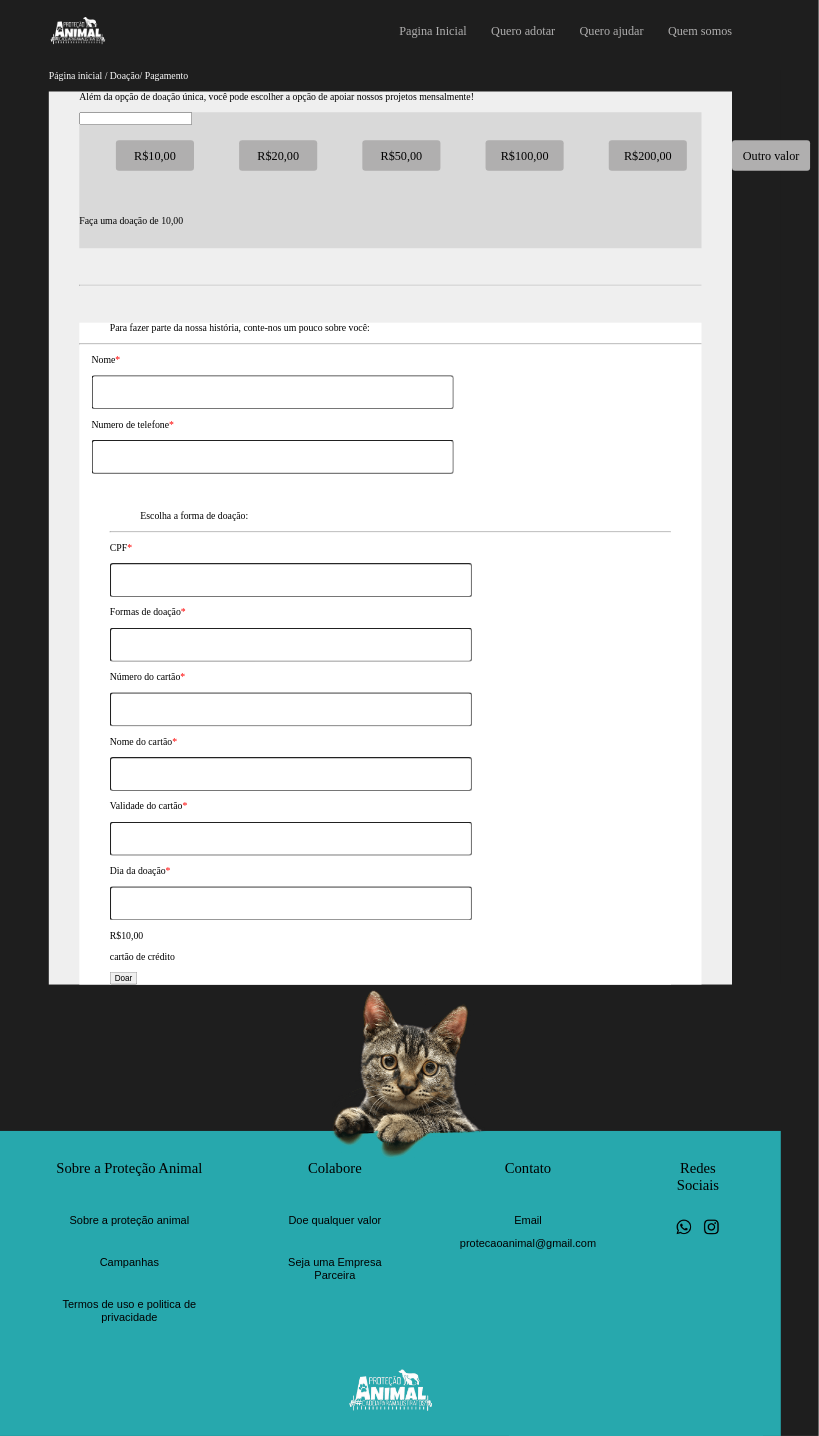
Repository: edjunior-nascimento/protecao-animal-web
Page: src/pages/formulario-doacao/index.html
These files come from the project's save history. The page is drawn as it stood at one moment and after the next save; the edit follows.
The browser window is 1280 px wide. The page is 1342 px wide, so the pictures cover 1342 px, including what lies to the right of the window. The pictures show the whole page, at 61% of full size.

Above is the page before, as saved 2025-03-07 03:43:57.

### src/pages/formulario-doacao/index.html
<!DOCTYPE html>
<html lang="pt">

<head>
    <meta charset="UTF-8">
    <meta name="viewport" content="width=device-width, initial-scale=1.0">
    <title>Proteção Animal</title>
    <link rel="preconnect" href="https://fonts.googleapis.com" />
    <link rel="preconnect" href="https://fonts.gstatic.com" crossorigin />
    <meta name="viewport" content="width=device-width, initial-scale=1.0" />
    <link rel="stylesheet" href="./style.css" />
    <link>
</head>

<body>
    <header>
        <div><img class="logo" src="/src/pages/images/logo.png" alt="logo Protecao animal" /></div>
        <nav>
            <ul>
                <li>
                    <a href="#">
                        <p>Pagina Inicial</p>
                    </a>
                </li>
                <li>
                    <a href="#">
                        <p>Quero adotar</p>
                    </a>
                </li>
                <li>
                    <a href="#">
                        <p>Quero ajudar</p>
                    </a>
                </li>
                <li>
                    <a href="#">
                        <p>Quem somos</p>
                    </a>
                </li>
            </ul>
        </nav>
    </header>
    <main>
        <div class="title">
            <p>Página inicial / Doação/ Pagamento</p>
        </div>
        <div class="container">
            <div class="sub-title">
                <p>Além da opção de doação única, você pode escolher a opção de apoiar nossos projetos mensalmente!
                </p>
            </div>
            <div class="valor">
                <div class="cota">
                    <input type="text">
                </div>
                <nav class="cota-inicial">
                    <ul>
                        <li>
                            <a href="#">R$10,00</a>
                        </li>
                        <li>
                            <a href="#">R$20,00</a>
                        </li>
                        <li>
                            <a href="#">R$50,00</a>
                        </li>
                        <li>
                            <a href="#">R$100,00</a>
                        </li>
                        <li>
                            <a href="#">R$200,00</a>
                        </li>
                        <li>
                            <a href="#">Outro valor</a>
                        </li>
                    </ul>
                </nav>
                <div class="res"><span>Faça uma doação de 10,00</span>
                </div>
            </div>
            <hr class="pri-line">
            <div class="card">
                <div class="sub-title">
                    <p>Para fazer parte da nossa história, conte-nos um pouco sobre você:</p>
                </div>
                <hr>
                <div class="dados">
                    <form action="/send" method="post" target="_blank">
                        <label>
                            <p>Nome<span class="ast">*</span></p>
                            <input type="text" name="nome" id="nome" class="cadastro">
                        </label>
                        <label>
                            <p>Numero de telefone<span class="ast">*</span></p>
                            <input type="text" name="telefone" id="telefone" class="cadastro">
                        </label>
                    </form>
                </div>
                <div class="card">
                    <div class="sub-title">
                        <p>Escolha a forma de doação:</p>
                    </div>
                    <hr>
                    <form action="/send" method="post" target="_blank">
                        <label>
                            <p>CPF<span class="ast">*</span></p>
                            <input type="number" name="cpf" id="cpf" class="cadastro">
                        </label>
                        <label>
                            <p>Formas de doação<span class="ast">*</span></p>
                            <input type="text" name="forme-doacao" id="forme-doacao" class="cadastro"></p>
                        </label>
                        <label>
                            <p>Número do cartão<span class="ast">*</span></p>
                            <input type="number" name="cartao" id="cartao" class="cadastro">
                        </label>
                        <label>
                            <p>Nome do cartão<span class="ast">*</span></p>
                            <input type="text" name="nome-cartao" id="nome-cartao" class="cadastro">
                        </label>
                        <label>
                            <p>Validade do cartão<span class="ast">*</span></p>
                            <input type="text" name="" id="cartao" class="cadastro">
                        </label>
                        <label>
                            <p>Dia da doação<span class="ast">*</span></p>
                            <input type="number" name="data" id="data" class="cadastro">
                        </label>
                    </form>
                    <div class="resultado">
                        <div class="retorno">
                            <div class="res/doacao">
                                <p>R$10,00</p>
                            </div>
                            <div class="forma/pagamento">
                                <p>cartão de crédito</p>
                            </div>
                        </div>
                        <button>Doar</button>
                    </div>
                </div>
            </div>
        </div>
    </main>
    <div class="gato"><img src="/src/pages/images/gato.png" alt=""></div>
    <footer>
        <div class="footer-container">
            <div class="footer-primary">
                <div class="footer-section-1">
                    <div>
                        <h4>Sobre a Proteção Animal</h4>
                    </div>
                    <div>
                        <p><a href="">Sobre a proteção animal</a></p>
                    </div>
                    <div>
                        <p><a href="">Campanhas</a></p>
                    </div>
                    <div>
                        <p><a href="">Termos de uso e politica de privacidade</a></p>
                    </div>
                </div>
                <div class="footer-section-2">
                    <div>
                        <h4>Colabore</h4>
                    </div>
                    <div>
                        <p><a href="">Doe qualquer valor</a></p>
                    </div>
                    <div>
                        <p><a href="">Seja uma Empresa Parceira</a></p>
                    </div>
                </div>
                <div class="footer-section-3">
                    <div>
                        <h4>Contato</h4>
                    </div>
                    <div>
                        <p>Email</p>
                        <p><a href="mailto:protecaoanimal@gmail.com">protecaoanimal@gmail.com</a></p>
                    </div>
                </div>
                <div class="footer-section-4">
                    <div>
                        <h4>Redes Sociais</h4>
                    </div>
                    <div class="social-icons">
                        <div>
                            <a href=""><img src="/src/pages/images/whatsAppIcon.png" alt="" /></a>
                        </div>
                        <div>
                            <a href=""><img src="/src/pages/images/instagramIcon.png" alt="" /></a>
                        </div>
                    </div>
                </div>
            </div>
        </div>
        <div class="footer-secondary">
            <img src="/src/pages/images/logo.png" alt="" />
        </div>
    </footer>
</body>

</html>

### src/pages/formulario-doacao/style.css
:root {
    --main-bg-color: #1e1e1e;
    --title-color: #27a8ad;
    --subtitle-color: #ffffff;
    --box-color: #ffffff;
    --link-nav-color: #ffffff;
    --card-title-color: #27a8ad;
    --footer-background: #27a8ad;
    --footer-font-color: #000000;
    --maim-color: #EFEFEF;
    --card-nav-color:#D9D9D9;
    --nav-valor:#B0AFAF;
    --asterisco-color: red;
  }
  body {
    height: max-content;
    font-family: "Jockey One", serif;
    font-style: normal;
    margin: 0px;
    padding: 0px;
    background-color: var(--main-bg-color);
  }

  a {
    text-decoration: none;
  }

  header {
    height: 100px;
    display: flex;
    flex-direction: row;
    justify-content: space-between;
    padding-inline: 80px
  }
  header div {
    display: flex;
    align-items: center;
  }
  .logo {
    height: 95px;
    width: auto;
  }
  nav {
    width: auto;
    height: 100px;
    display: flex;
    align-items: center;
  }
  nav ul {
    list-style-type: none;
    display: flex;
    gap: 40px;
  }
  nav ul li a {
    color: var(--nav-valor);
    font-size: 20px;
    background-color: var(--card-nav-color);
  }


main {
  background-color:var(--main-bg-color) ;
  padding-left: 80px;
  padding-right: 80px;
}
  .sub-title {
    margin-left: 50px;
  }
.cota-inicial a {
  color: var(--footer-font-color);
  width: 128px;
  height: 50px;
  display: inline-block;
  text-align: center;
  line-height: 50px;
  background-color: var(--nav-valor);
  margin-left: 20px;
  border-radius: 5px;
}
.cota-inicial li {
  height: 50px;
  width: 162px;
}
.cota-inicial li :hover {
  background-color: var(--footer-background);
  color: var(--box-color);
}
.res {
  margin-top: 48px;
  padding-bottom: 36px;
}
  .pri-line {
    margin-top: 60px;
    margin-left: 50px;
    margin-right: 50px;
  }
  .card {
    margin-top: 60px;
    margin-left: 50px;
    margin-right: 50px;
  }
  .ast {
    color: var(--asterisco-color);
  }
.container {
  background-color: var(--maim-color);
}
.title {
  color: var(--subtitle-color);
}
.valor {
  margin-left: 50px;
  margin-right: 50px;
  background-color: var(--card-nav-color);
}
.valor nav {
  width: 100%;
}
.card {
  background-color: var(--box-color);
}
.dados {
  margin-left: 20px;
}
.cadastro {
  width: 586px;
  height: 50px;
  border-radius: 5px;
}
.card {
  margin-top: 60px;
}

  .gato {
    margin-left: 42%;
    margin-bottom: -25px;
    height: 265px;
    max-width: auto;}

  footer {
    height: 500px;
    max-height: auto;
    background-color: var(--footer-background);
    padding-inline: 80px;
  }

  .footer-container {
      width: auto;
      height: 70%;
      display: flex;
      align-items: center;
      justify-content: center;
  }

  .footer-primary {
    display: flex;
    flex-direction: row;
    gap: 111px;
    align-items: flex-start;
    justify-content: center;
  }

  .footer-primary p a {
      color: var(--footer-font-color);
      font-family: "Arial", sans-serif;
  }

  .footer-primary h4 {
    font-size: 24px;
    font-weight: 400;
  }

  .footer-primary p {
      font-size: 18px;
      font-weight: 400;
      font-family: "Arial", sans-serif;
  }

  .footer-secondary {
    width: auto;
    height: 30%;
    display: flex;
    align-items: center;
    justify-content: center;
  }

  .footer-secondary img {
      height: 145px;
      width: auto
  }

  .footer-section-1, .footer-section-2, .footer-section-3, .footer-section-4 {
      display: flex;
      flex-direction: column;
      text-align: center;
      gap: 12px;
  }

  .footer-section-4 {
      align-items: center;
  }

  .social-icons {
      display: flex;
      flex-direction: row;
      gap: 20px;
  }

After the next save:
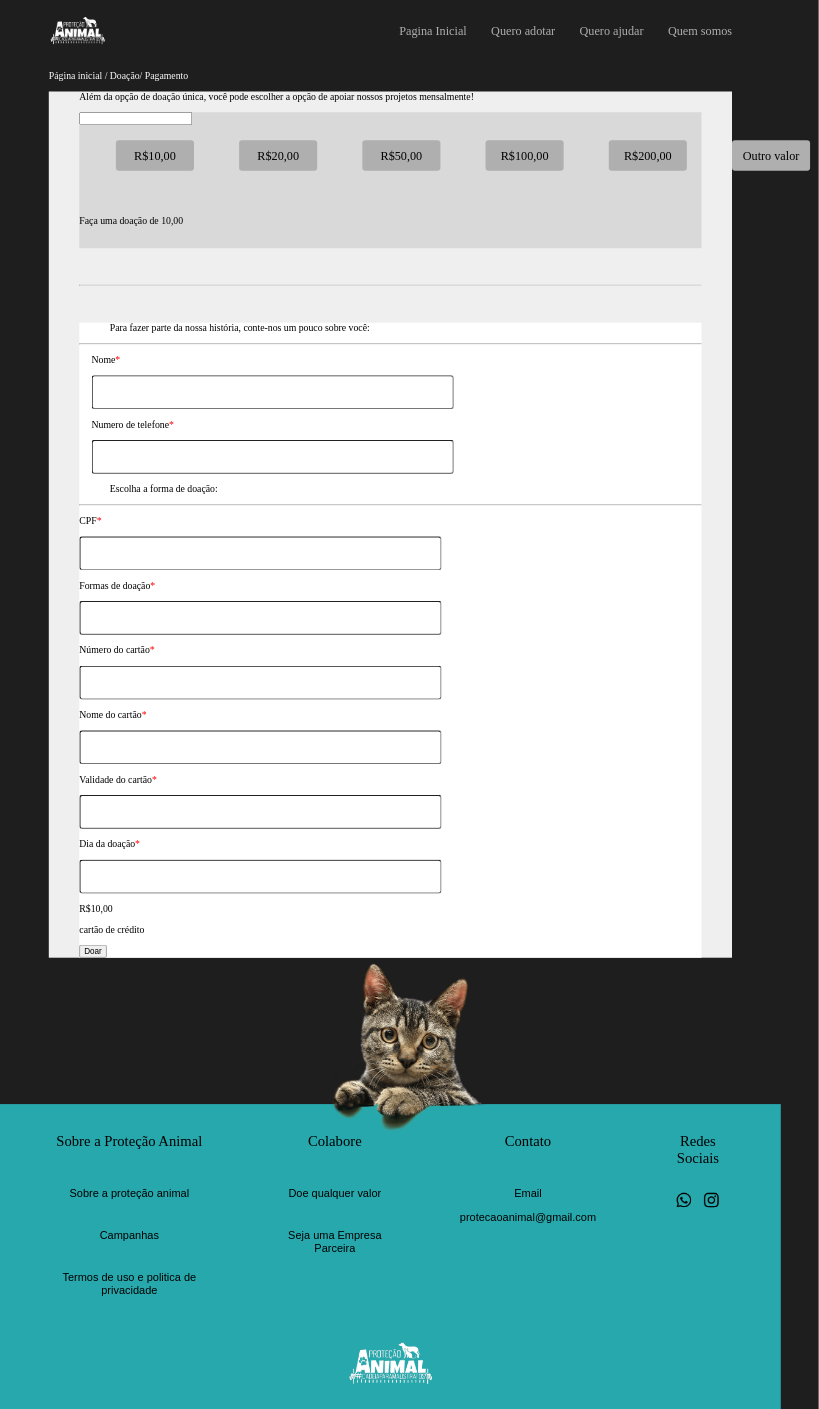
Saved 48 s later.
--- a/src/pages/formulario-doacao/index.html
+++ b/src/pages/formulario-doacao/index.html
@@ -96,7 +96,7 @@
                         </label>
                     </form>
                 </div>
-                <div class="card">
+                <div class="">
                     <div class="sub-title">
                         <p>Escolha a forma de doação:</p>
                     </div>
